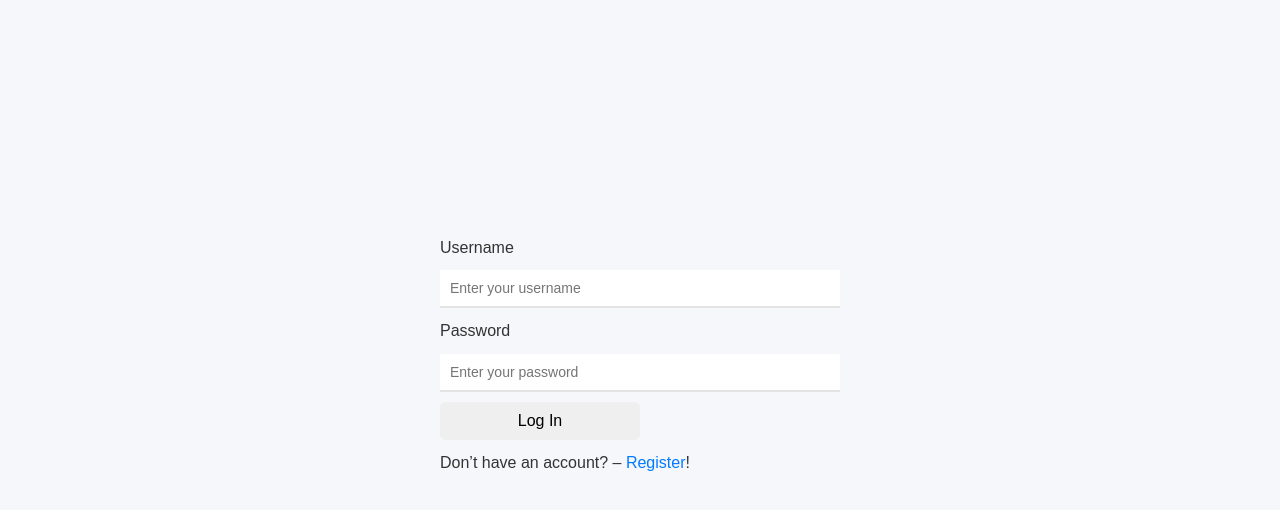
Repository: ArturSahakyan124/catalog_2
Page: http://localhost/views/auth/login.php
An editor plug-in stored every save of this project. The page is shown before and after the next save, followed by the edit.
The browser window is 1280 px wide. The pictures show the whole page.
The first visible `input` has the focus.
The page is run by PHP 8.4 with error messages shown; the project is at /var/www/html/.

Above is the page before, as saved 2025-11-14 02:01:31.

### views/auth/login.php
    <?php
    session_start();

    if (!empty($_SESSION['user'])) {
        header('Location: ../profile/userPage.php');
    }

    ?>

    <!doctype html>
    <html lang="en">
    <head>
        <meta charset="UTF-8">
        <title>Authorization and Registration</title>
        <link rel="stylesheet" href="../../assets/css/auth.css">
        <link rel="stylesheet" href="../../assets/css/main.css">

    </head>
    <body>

        <form>
            <label>Username</label>
            <input type="text" name="login" placeholder="Enter your username">
            <label>Password</label>
            <input type="password" name="password" placeholder="Enter your password">
            <button type="submit" class="login-btn">Log In</button>
            <p>
                Don’t have an account? – <a href="register.php">Register</a>!
            </p>
            <p class="msg none">Lorem ipsum dolor sit amet.</p>
        </form>

        <script src="../../assets/js/jquery-3.4.1.min.js"></script>
        <script src="../../assets/js/main.js"></script>

    </body>
    </html>

### assets/css/auth.css

body {
  height: 100vh;
  display: flex;
  align-items: center;
  justify-content: center;
  font-family: Montserrat, sans-serif;
  background-color: #fff;
}

### assets/css/main.css

* {
  margin: 0;
  padding: 0;
  box-sizing: border-box;
}

body {
  font-family: sans-serif;
  color: #333;
  line-height: 1.6;
  background-color: #f5f7fa;
}

form {
  display: flex;
  flex-direction: column;
  width: 400px;
}

input {
  width: 100%;
  margin: 10px 0;
  padding: 10px;
  border: none;
  border-bottom: 2px solid #e3e3e3;
  outline: none;
  font-size: 14px;
}

p {
  margin: 10px 0;
}

a {
  color: #007bff;
  text-decoration: none;
  transition: color 0.2s ease;
}

a:hover {
  color: #0056b3;
}

button {

  max-width: 200px;
  padding: 10px 20px;
  border: none;
  border-radius: 6px;
  font-size: 16px;
  cursor: pointer;
  transition: background-color 0.3s ease, transform 0.1s ease;
}

.primary-btn {
  background-color: #18af1d;
  color: #fff;
}
.secondary-btn {
  background-color: #b41616;
  color: #fff;
}

button:hover {
  transform: translateY(-1px);
}


.label {
  font-size: 14px;
  font-weight: 500;
  color: #1a1a1a;
}

.none {
  display: none;
}

.error {
  font-size: 12px;
  color: #dc3545;
  margin-top: 5px;
}

.msg {
  border: 2px solid #ff0808;
  border-radius: 3px;
  padding: 10px;
  text-align: center;
  font-weight: bold;
  margin-top: 8px;
}

### assets/js/main.js
// LOGIN
function login() {
    $('.login-btn').click(async function (e) {
        e.preventDefault();

        const login = $('input[name="login"]').val().trim();
        const password = $('input[name="password"]').val().trim();

        if (!login || !password) {
            $('.msg').removeClass('none').text('Please fill in all fields.');
            return;
        }

        const data = { action: 'login', login, password };

        try {
            await sendRequestPromise('./AuthController.php', 'POST', data);
            document.location.href = 'CarController.php';
        } catch (err) {
            $('.msg').removeClass('none').text(err.message || 'Login failed');
        }
    });
}

// REGISTRATION
function register() {
    $('#registerForm').on('submit', async function (e) {
        e.preventDefault();

        const formData = new FormData(this);
        formData.append('action', 'register');

        try {
            await sendRequestPromise('../AuthController.php', 'POST', formData);
            document.location.href = '../AuthController.php';
        } catch (err) {
            $('.msg').removeClass('none').text(err.message || 'Registration failed');
        }
    });
}

login();
register();

Loaded but not shown: assets/js/jquery-3.4.1.min.js (library)

After the next save:
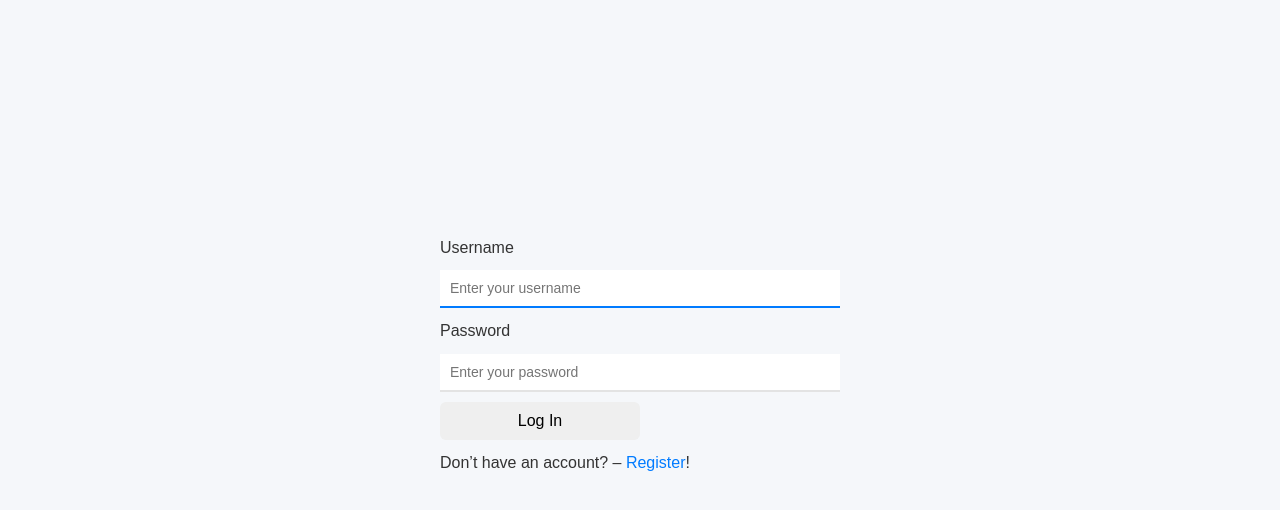
Saved 67 s later.
--- a/assets/css/main.css
+++ b/assets/css/main.css
@@ -26,6 +26,10 @@ input {
   border-bottom: 2px solid #e3e3e3;
   outline: none;
   font-size: 14px;
+}
+ input:focus {
+  border-bottom-color: #007BFF; /* Цвет нижней границы при фокусе */
+  transition: border-color 0.3s; /* Плавный переход */
 }
 
 p {
